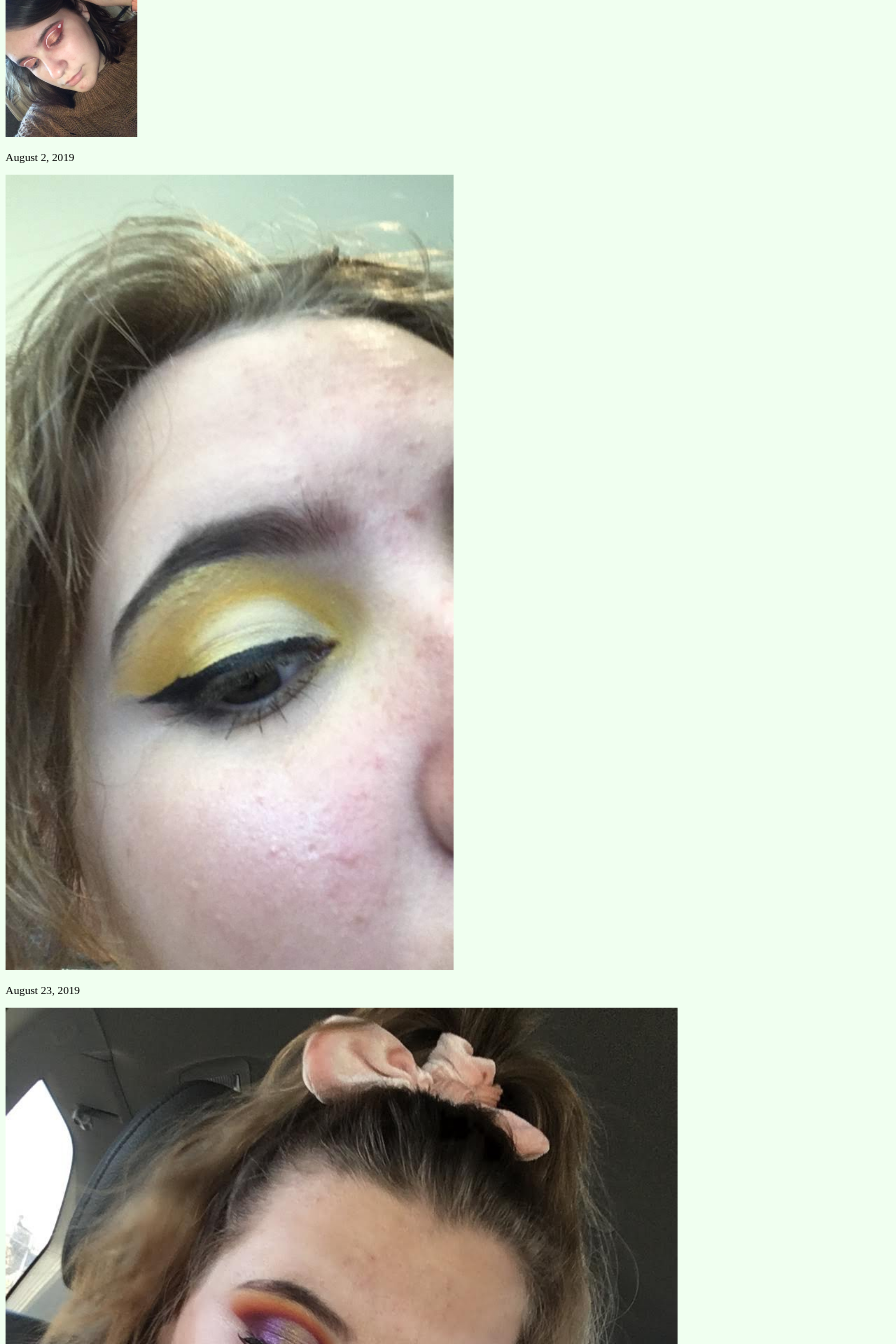
Repository: EMcmurray1862/emcmurray1862.github.io
Page: my_website/makeup.html
The author's editor kept a record of every edit. The page is drawn from the files as they stood at one moment, then again after the next edit.
The browser window is 1280 px wide. The pictures show the part of the page from y = 854 to 2774 px (the page is 7800 px tall before and 6914 px after), at 70% of full size.

Above is the page before.

### my_website/makeup.html
<!doctype html>
	<html lang="en">
	  <head>
	    <meta charset="utf-8">
	    <title>Makeup</title>
	  </head>
	  <body style="background-color:honeydew;">
    <a href="index.html">Home</a>
    <a href="portfolio.html">Portfolio</a>
    <a href="about_me.html">About </a>
    <a href="makeup.html">MakeUp </a>
    <h1>This is my MakeUp Page!</h1>
      <p>I first started doing eyeshadow looks around Christmas 2017 when I got my first Morphe palette. Since then, my collection has grown, and so has my skill. These looks are some of my favorite looks.</p></p>
      <p>January 20, 2019</p>
    <img src="images/brown_cutcrease.jpg" height="250">
      <p>January 30, 2019</p>
    <img src="images/rainbow_cutcrease.jpg" height="250">
    <p>February 14, 2019</p>
    <img src="images/valentines_look.jpg" height="250">
    <p>August 2, 2019</p>
    <img src="images/yellow_cutcrease.jpg">
    <p>August 23, 2019</p>
    <img src="images/purple_yellow_fair.jpg">
    <p>August 30, 2019</p>
    <img src="images/blue_cutcrease.jpg">
    <p>September 6, 2019</p>
    <img src="images/purple_blue_glitter.jpg">
    <img src="images/green_glitter.jpg">
    <p>September 13, 2019</p>
    <img src="images/red_black.jpg">
    <br>
    <a target="_blank" href="https://scratch.mit.edu">
    </a>
	  </body>
	</html>

After the next edit:
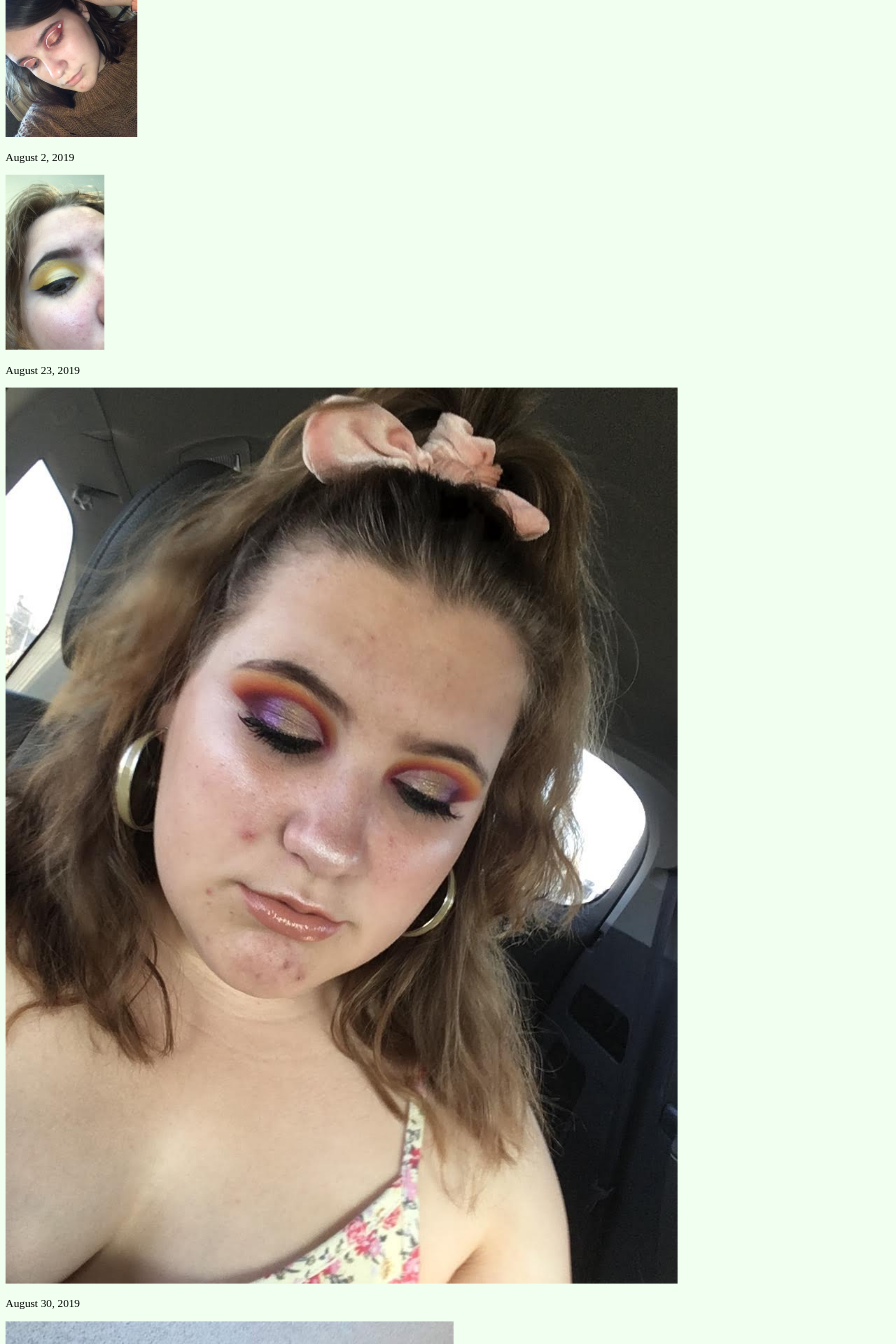
The edit:
--- a/my_website/makeup.html
+++ b/my_website/makeup.html
@@ -18,7 +18,7 @@
     <p>February 14, 2019</p>
     <img src="images/valentines_look.jpg" height="250">
     <p>August 2, 2019</p>
-    <img src="images/yellow_cutcrease.jpg">
+    <img src="images/yellow_cutcrease.jpg" height="250">
     <p>August 23, 2019</p>
     <img src="images/purple_yellow_fair.jpg">
     <p>August 30, 2019</p>
